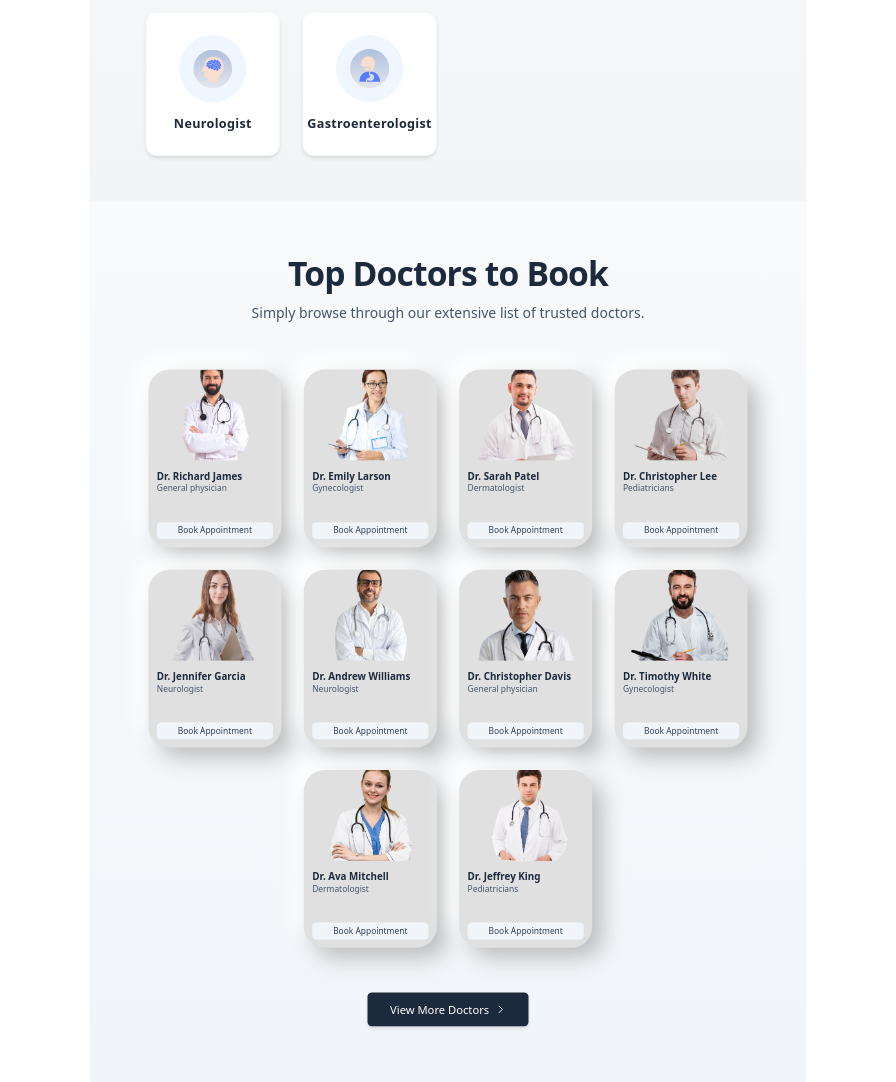
Repository: Pran2535/appointement_booking
Page: / (app in frontend/)
An editor plug-in stored every save of this project. The page is shown before and after the next save, followed by the edit.
The browser window is 1280 px wide. The pictures show the part of the page from y = 1170 to 3090 px (the page is 2716 px tall before and 3090 px after), at 70% of full size.
The project was rebuilt for these pictures with package versions that can differ from the ones it lists, and the page was loaded fresh each time. Also part of the build but not shown: frontend/vite.config.js, frontend/src/pages/About.jsx, frontend/src/pages/MyAppointments.jsx, frontend/src/pages/Doctors.jsx, frontend/src/pages/Login.jsx, frontend/src/pages/Contact.jsx, frontend/src/pages/MyProfile.jsx, frontend/src/pages/Appointment.jsx.

Above is the page before, as saved 2025-02-16 21:49:41.

### frontend/index.html
<!doctype html>
<html lang="en">
  <head>
    <meta charset="UTF-8" />
    <link rel="icon" type="image/svg+xml" href="/vite.svg" />
    <meta name="viewport" content="width=device-width, initial-scale=1.0" />
    <title>Mishra healthcare</title>
  </head>
  <body>
    <div id="root"></div>
    <script type="module" src="/src/main.jsx"></script>
  </body>
</html>

### frontend/src/main.jsx
import { StrictMode } from 'react'
import { createRoot } from 'react-dom/client'
import './index.css'
import App from './App.jsx'
import { BrowserRouter } from 'react-router-dom'

createRoot(document.getElementById('root')).render(
<BrowserRouter>
    <App />
  </BrowserRouter>,
)

### frontend/src/App.jsx
import React from 'react'
import { Route, Routes } from 'react-router-dom'
import Home from './pages/Home'
import About from './pages/About'
import MyAppointments from './pages/MyAppointments'
import Doctors from './pages/Doctors'
import Login from './pages/Login'
import Contact from './pages/Contact'
import MyProfile from './pages/MyProfile'
import Appointment from './pages/Appointment'
import Navbar from './components/Navbar'

const App = () => {
  return (
    <div className='mx-4 sm:mx-[10%]'>
      <Navbar/>{ /* mounted navbar component before routes so that it gets displayed over the all routes */}
      <Routes>
        <Route path='/' element={<Home />} />
        <Route path='/about' element={<About />} />
        <Route path='/my-appointments' element={<MyAppointments />} />
        <Route path='/doctors' element={<Doctors/>}/>
        <Route path='/doctors/:speciality' element={<Doctors/>}/>
        <Route path ='/login' element={<Login/>}/>
        <Route path='/contact' element={<Contact/>}/>
        <Route path ='/my-profile' element={<MyProfile/>}/>
        <Route path ='/appointments/:docId' element={<Appointment/>}/>
      </Routes>
    </div>
  )
}

export default App

### frontend/src/pages/Home.jsx
import React from 'react'
import Header from '../components/Header'
import SpecialityMenu from '../components/SpecialityMenu'
import TopDoctors from '../components/TopDoctors'

const Home = () => {
  return (
    <div>
      <Header/>
      <SpecialityMenu/>
      <TopDoctors/>
    </div>
  )
}

export default Home

### frontend/src/components/Navbar.jsx
import React, { useState } from 'react'
import { NavLink, useNavigate } from 'react-router-dom'
import { assets } from '../assets/assets'

const links = [
  { to: '/', label: 'Home' },
  { to: '/doctors', label: 'All Doctors' },
  { to: '/about', label: 'About' },
  { to: '/contact', label: 'Contact' }
]

const Navbar = () => {
  const navigate = useNavigate();
  const [showMenu, setShowMenu]=useState(false);
  const [token,setToken]=useState(true);


  return (
    <nav className="sticky top-0 bg-white shadow-sm z-50">
      <div className="max-w-7xl mx-auto px-4 sm:px-6 lg:px-8 py-4 flex items-center justify-between">
        {/* Logo */}
        <div className="flex-shrink-0">
          <img
            className="w-32 md:w-40 lg:w-44 h-auto cursor-pointer transition-transform hover:scale-105"
            src={assets.logo}
            alt="Company Logo"
          />
        </div>

        {/* Navigation Links */}
        <div className="hidden md:block">
          <ul className="flex items-center space-x-8">
            {links.map((l, i) => (
              <React.Fragment key={l.to}>
                <NavLink
                  to={l.to}
                  className={({ isActive }) =>
                    `font-medium transition-colors duration-200 hover:text-blue-600 ${
                      isActive ? 'text-blue-600' : 'text-gray-700'
                    }`
                  }
                >
                  {l.label}
                </NavLink>
                {i < links.length - 1 && (
                  <div className="h-5 w-px bg-gray-300" aria-hidden="true" />
                )}
              </React.Fragment>
            ))}
          </ul>
        </div>

        {/* CTA Button */}
        <div className="flex items-center gap-4">
            {
                token?
                <div className='flex items-center gap-2 cursor-pointer group relative' >
                    <img className='w-8 rounded-full' src={assets.profile_pic} alt="" />
                    <img className='w-2.5 ' src={assets.dropdown_icon} alt="" />
                    <div className='absolute top-0 right-0 pt-14 text-base font-medium text-gray-600 z-20 hidden group-hover:block'>
                        <div className='min-w-48 bg-stone-100 rounded flex flex-col gap-4 p-4'>
                            <p onClick={()=>navigate('/my-appointments')} className='hover:text-black cursor-pointer'>My Appointments</p>
                            <p onClick={()=>navigate('/my-profile')} className='hover:text-black cursor-pointer'>My Profile</p>
                            <p onClick={()=>setToken(false)} className='hover:text-black cursor-pointer'>Logout</p>
                        </div>
                    </div>
                </div>

                :
                 <button
            onClick={() => navigate('/login')}
            className="hidden cursor-pointer md:block bg-blue-600 hover:bg-blue-700 text-white px-6 py-3 rounded-full font-semibold transition-colors duration-200 focus:outline-none focus:ring-2 focus:ring-blue-500 focus:ring-offset-2 shadow-md"
          >
            Create Account
          </button>
            }

        </div>
      </div>
    </nav>
  )
}

export default Navbar

### frontend/src/components/Header.jsx
import React from 'react';
import { assets } from '../assets/assets';

const Header = () => {
  const handleScroll = (e) => {
    e.preventDefault();
    const element = document.querySelector('#speciality');
    if (element) {
      element.scrollIntoView({
        behavior: 'smooth',
        block: 'start'
      });
    }
  };

  return (
    <div className="mt-4 flex flex-col md:flex-row justify-between items-center bg-blue-400 px-6 md:px-10 lg:px-20 py-12 text-white">
      {/* Left side */}
      <div className="w-full md:w-1/2 space-y-10 mb-8 md:mb-0">
        <div className="space-y-2">
          <h1 className="text-4xl lg:text-5xl font-bold leading-tight tracking-tight">
            Book Appointment
          </h1>
          <h2 className="text-3xl lg:text-4xl font-semibold text-blue-100 leading-relaxed">
            With Trusted Doctors
          </h2>
        </div>

        <div className="space-y-6">
          <div className="flex items-center space-x-4">
            <img
              src={assets.group_profiles}
              alt="Doctor Profiles"
              className="w-32 h-auto object-contain drop-shadow-lg"
            />
          </div>

          <div className="space-y-3">
            <p className="text-lg md:text-xl text-blue-50 leading-relaxed font-light tracking-wide">
              Simply browse through our extensive list of trusted doctors,
            </p>
            <p className="text-lg md:text-xl text-blue-50 leading-relaxed font-light tracking-wide">
              schedule your appointment hassle-free.
            </p>
          </div>
        </div>

        <a
          href="#speciality"
          onClick={handleScroll}
          className="inline-flex items-center space-x-4 bg-gradient-to-r from-blue-500 to-purple-500 hover:from-blue-600 hover:to-purple-600 text-white font-bold uppercase px-8 py-4 rounded-full shadow-lg transition-all duration-300 hover:scale-105 tracking-wider text-sm"
        >
          <span>Book Appointment</span>
          <img
            src={assets.arrow_icon}
            alt="Arrow"
            className="w-5 h-5 transform group-hover:translate-x-1 transition-transform"
          />
        </a>
      </div>

      {/* Right side */}
      <div className="w-full md:w-1/2 flex justify-center md:justify-end mt-8 md:mt-0">
        <img
          src={assets.header_img}
          alt="Header illustration"
          className="w-full max-w-lg h-auto object-contain drop-shadow-xl"
        />
      </div>
    </div>
  );
};

export default Header;

### frontend/src/components/SpecialityMenu.jsx
import React from 'react';
import { specialityData } from '../assets/assets';
import { Link } from 'react-router-dom';

const SpecialityMenu = () => {
  return (
    <section
      id="speciality"
      className="px-6 md:px-12 lg:px-20 py-16 bg-gradient-to-b from-gray-50 to-gray-100"
    >
      <div className="max-w-6xl mx-auto">
        {/* Header Section */}
        <header className="text-center space-y-4 mb-12">
          <h1 className="text-3xl md:text-4xl font-bold text-gray-800 tracking-tight">
            Find by Speciality
          </h1>
          <p className="text-lg md:text-xl text-gray-600 max-w-2xl mx-auto leading-relaxed font-light">
            Simply browse through our extensive list of trusted doctors and schedule your appointment hassle-free.
          </p>
        </header>

        {/* Speciality Grid */}
        <div className="grid grid-cols-2 sm:grid-cols-3 md:grid-cols-4 gap-6 md:gap-8">
          {specialityData.map((item, index) => (
            <Link
            onClick={()=>scrollTo(0,0)}
              key={index}
              to={`/doctors/${item.speciality}`}
              className="group flex flex-col items-center bg-white p-6 md:p-8 rounded-2xl shadow-md hover:shadow-xl transition-all duration-300 hover:scale-105 border border-gray-100"
            >
              <div className="w-20 h-20 md:w-24 md:h-24 rounded-full bg-blue-50 flex items-center justify-center mb-4 group-hover:bg-blue-100 transition-colors duration-300">
                <img
                  src={item.image}
                  alt={item.speciality}
                  className="w-12 h-12 md:w-14 md:h-14 object-contain"
                />
              </div>
              <p className="text-lg font-semibold text-gray-800 text-center tracking-wide group-hover:text-blue-600 transition-colors duration-300">
                {item.speciality}
              </p>
            </Link>
          ))}
        </div>
      </div>
    </section>
  );
};

export default SpecialityMenu;

### frontend/src/components/TopDoctors.jsx
import React from 'react';
import { doctors } from '../assets/assets';

const TopDoctors = () => {
  return (
    <section className="py-20 bg-gradient-to-b from-slate-50 to-slate-100">
      <div className="max-w-6xl mx-auto px-6 md:px-12 lg:px-20">
        {/* Header Section */}
        <header className="text-center mb-16 space-y-4">
          <h1 className="text-4xl md:text-5xl font-bold text-slate-800 tracking-tight">
            Top Doctors to Book
          </h1>
          <p className="text-xl text-slate-600 max-w-2xl mx-auto font-light leading-relaxed">
            Simply browse through our extensive list of trusted doctors.
          </p>
        </header>

        {/* Doctors Grid */}
        <div className="flex flex-wrap gap-8 justify-center">
          {doctors.slice(0, 10).map((doctor, index) => (
            <div
              key={index}
              // From Uiverse.io by adamgiebl
              className="group w-[190px] h-[254px] bg-[#e0e0e0] rounded-[30px] shadow-[15px_15px_30px_#bebebe,_-15px_-15px_30px_#ffffff] transition-all duration-300 transform hover:-translate-y-1 flex flex-col overflow-hidden"
            >
              {/* Image Container */}
              <div className="relative h-[130px] overflow-hidden">
                <img
                  src={doctor.image}
                  alt={doctor.name}
                  className="w-full h-full object-cover"
                />
              </div>

              {/* Details Container */}
              <div className="flex-grow p-3 flex flex-col justify-between">
                <div>
                  <h3 className="text-sm font-semibold text-slate-800">
                    {doctor.name}
                  </h3>
                  <p className="text-xs text-slate-600">
                    {doctor.speciality}
                  </p>
                </div>
                <button className="mt-2 py-1 px-2 bg-slate-100 text-slate-700 rounded-md text-xs font-medium hover:bg-slate-200 transition-colors duration-300">
                  Book Appointment
                </button>
              </div>
            </div>
          ))}
        </div>

        {/* More Button */}
        <div className="flex justify-center mt-16">
          <button className="group relative px-8 py-3 bg-slate-800 text-white font-medium rounded-md overflow-hidden shadow-md hover:shadow-lg transition-all duration-300">
            <span className="relative z-10 flex items-center space-x-2">
              <span>View More Doctors</span>
              <svg
                className="w-4 h-4 transform group-hover:translate-x-1 transition-transform duration-300"
                fill="none"
                viewBox="0 0 24 24"
                stroke="currentColor"
              >
                <path strokeLinecap="round" strokeLinejoin="round" strokeWidth={2} d="M9 5l7 7-7 7" />
              </svg>
            </span>
            <div className="absolute inset-0 bg-slate-700 transform scale-x-0 group-hover:scale-x-100 transition-transform duration-300 origin-left" />
          </button>
        </div>
      </div>
    </section>
  );
};

export default TopDoctors;

Loaded but not shown: frontend/src/index.css (common file); frontend/src/assets/assets.js (299 lines, source omitted)

After the next save:
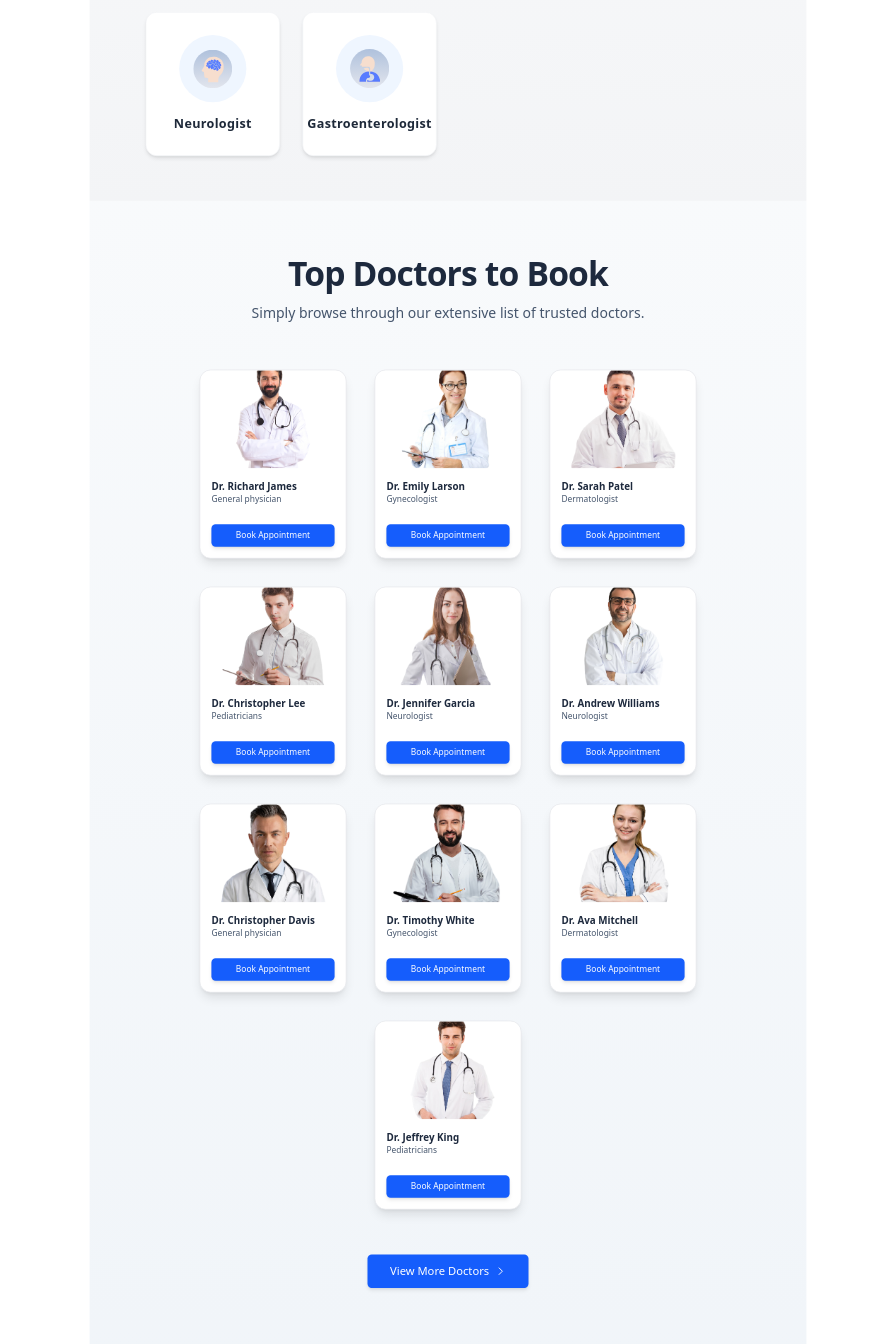
Saved 102 s later.
--- a/frontend/src/components/TopDoctors.jsx
+++ b/frontend/src/components/TopDoctors.jsx
@@ -16,24 +16,23 @@ const TopDoctors = () => {
         </header>
 
         {/* Doctors Grid */}
-        <div className="flex flex-wrap gap-8 justify-center">
+        <div className="flex flex-wrap gap-10 justify-center">
           {doctors.slice(0, 10).map((doctor, index) => (
             <div
               key={index}
-              // From Uiverse.io by adamgiebl
-              className="group w-[190px] h-[254px] bg-[#e0e0e0] rounded-[30px] shadow-[15px_15px_30px_#bebebe,_-15px_-15px_30px_#ffffff] transition-all duration-300 transform hover:-translate-y-1 flex flex-col overflow-hidden"
+              className="group w-[210px] h-[270px] bg-white rounded-2xl shadow-lg transition-transform duration-300 transform hover:-translate-y-3 hover:shadow-2xl flex flex-col overflow-hidden border border-gray-200"
             >
               {/* Image Container */}
-              <div className="relative h-[130px] overflow-hidden">
+              <div className="relative h-[140px] overflow-hidden">
                 <img
                   src={doctor.image}
                   alt={doctor.name}
-                  className="w-full h-full object-cover"
+                  className="w-full h-full object-cover transition-transform duration-300 group-hover:scale-105"
                 />
               </div>
 
               {/* Details Container */}
-              <div className="flex-grow p-3 flex flex-col justify-between">
+              <div className="flex-grow p-4 flex flex-col justify-between">
                 <div>
                   <h3 className="text-sm font-semibold text-slate-800">
                     {doctor.name}
@@ -42,7 +41,7 @@ const TopDoctors = () => {
                     {doctor.speciality}
                   </p>
                 </div>
-                <button className="mt-2 py-1 px-2 bg-slate-100 text-slate-700 rounded-md text-xs font-medium hover:bg-slate-200 transition-colors duration-300">
+                <button className="mt-2 py-2 px-3 bg-blue-600 text-white rounded-md text-xs font-medium hover:bg-blue-700 transition-colors duration-300 shadow-md hover:shadow-lg">
                   Book Appointment
                 </button>
               </div>
@@ -52,7 +51,7 @@ const TopDoctors = () => {
 
         {/* More Button */}
         <div className="flex justify-center mt-16">
-          <button className="group relative px-8 py-3 bg-slate-800 text-white font-medium rounded-md overflow-hidden shadow-md hover:shadow-lg transition-all duration-300">
+          <button className="group relative px-8 py-3 bg-blue-600 text-white font-medium rounded-md overflow-hidden shadow-md hover:shadow-lg transition-all duration-300">
             <span className="relative z-10 flex items-center space-x-2">
               <span>View More Doctors</span>
               <svg
@@ -64,7 +63,7 @@ const TopDoctors = () => {
                 <path strokeLinecap="round" strokeLinejoin="round" strokeWidth={2} d="M9 5l7 7-7 7" />
               </svg>
             </span>
-            <div className="absolute inset-0 bg-slate-700 transform scale-x-0 group-hover:scale-x-100 transition-transform duration-300 origin-left" />
+            <div className="absolute inset-0 bg-blue-700 transform scale-x-0 group-hover:scale-x-100 transition-transform duration-300 origin-left" />
           </button>
         </div>
       </div>
